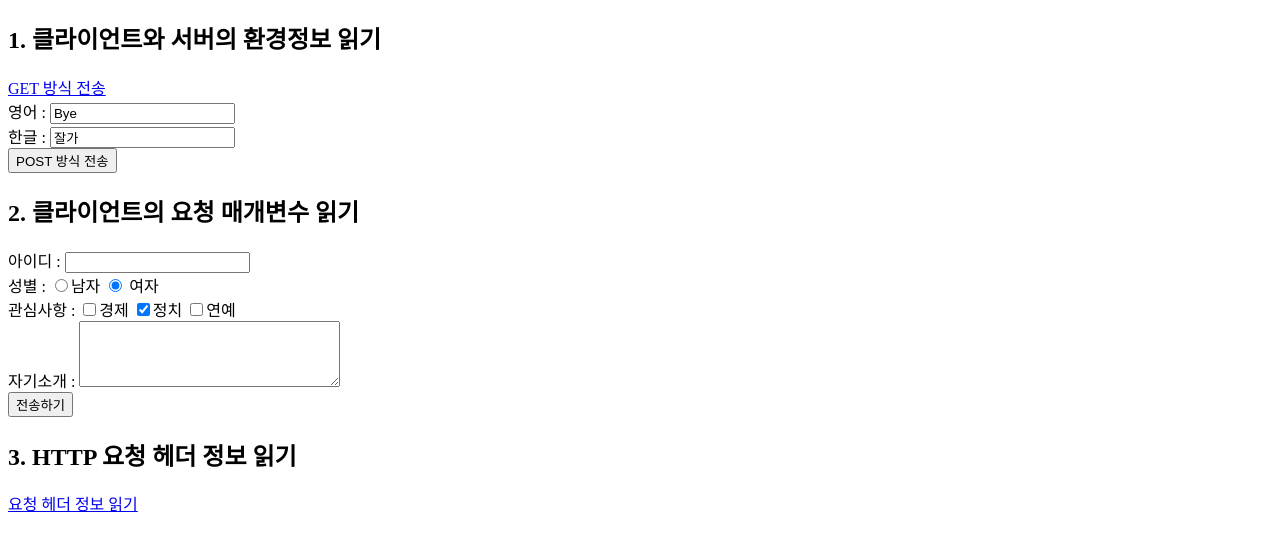
Repository: redi961/JSP_Studying
Page: http://localhost/MustHaveJSP/02_ImplicitObject/RequestMain.jsp
An editor plug-in stored every save of this project. The page is shown before and after the next save, followed by the edit.
The browser window is 1280 px wide. The pictures show the whole page.
The page is served by Tomcat 9.

Above is the page before, as saved 2022-10-11 01:01:45.

After the next save:
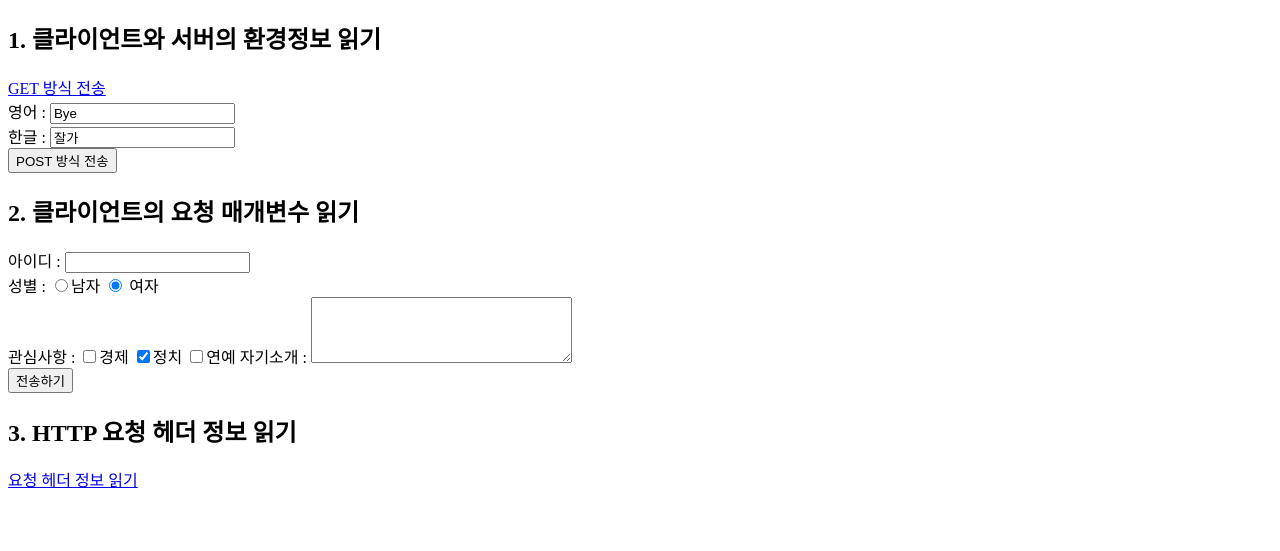
Saved 41 s later.
--- a/MustHaveJSP/src/main/webapp/02_ImplicitObject/RequestMain.jsp
+++ b/MustHaveJSP/src/main/webapp/02_ImplicitObject/RequestMain.jsp
@@ -28,7 +28,7 @@
 		관심사항 :
 		<input type="checkbox" name="fave" value="eco" />경제
 		<input type="checkbox" name="fave" value="pol" checked="checked"/>정치
-		<input type="checkbox" name="fave" value="ent"/>연예<br/>
+		<input type="checkbox" name="fave" value="ent"/>연예
 		자기소개 :
 		<textarea name ="intro" rows="4" cols="30"></textarea>
 		<br/>

After the 2 saves that followed:
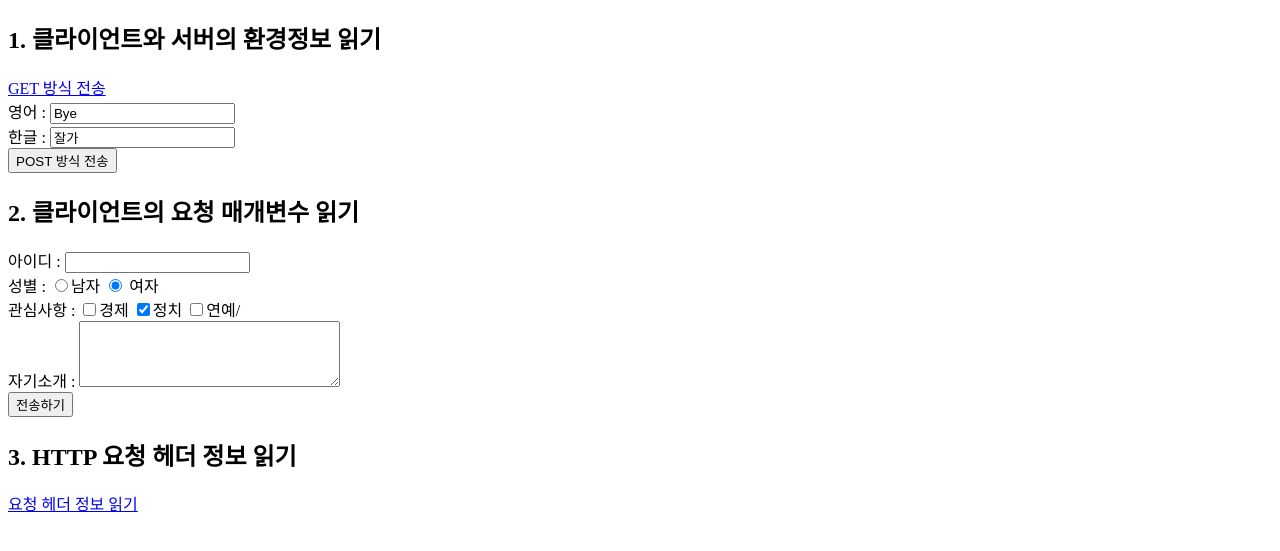
The 2 saves are shown as one change because they came seconds apart.
The last was saved 17 s later.
--- a/MustHaveJSP/src/main/webapp/02_ImplicitObject/RequestMain.jsp
+++ b/MustHaveJSP/src/main/webapp/02_ImplicitObject/RequestMain.jsp
@@ -28,7 +28,7 @@
 		관심사항 :
 		<input type="checkbox" name="fave" value="eco" />경제
 		<input type="checkbox" name="fave" value="pol" checked="checked"/>정치
-		<input type="checkbox" name="fave" value="ent"/>연예
+		<input type="checkbox" name="fave" value="ent"/>연예/<br/>
 		자기소개 :
 		<textarea name ="intro" rows="4" cols="30"></textarea>
 		<br/>
